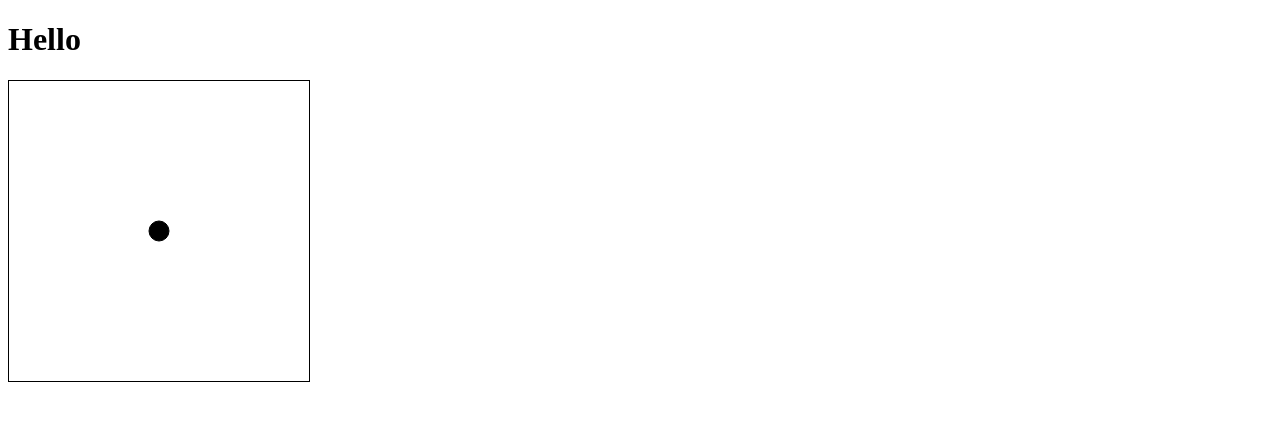
Repository: blahnikkai/n-body-simulation
Page: index.html
An editor plug-in stored every save of this project. The page is shown before and after a run of saves, followed by the edit.
The browser window is 1280 px wide. The pictures show the whole page.

Above is the page before, as saved 2024-02-21 18:20:19.

After the next 2 saves:
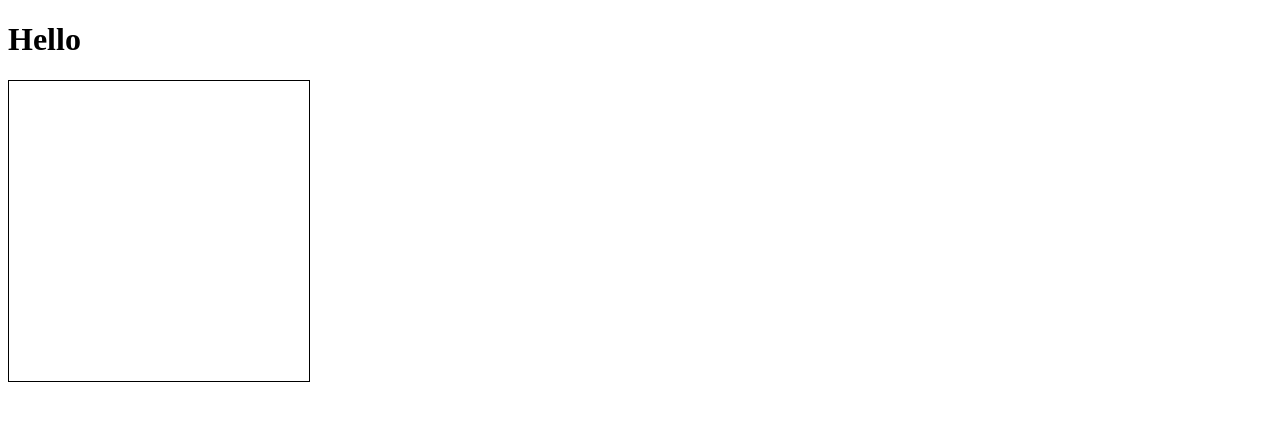
Console error: SyntaxError: Unexpected token ','
The 2 saves are shown as one change because they came seconds apart.
The last was saved 9 s later.
--- a/script.js
+++ b/script.js
@@ -46,7 +46,7 @@
     const F = G * body1.mass * body2.mass / Math.pow(d, 2)
     // b2 -> b1
     const diff = sub(body1.pos, body2.pos)
-
+    const unit = scale(, diff)
 }
 
 function main() {

After the save that followed:
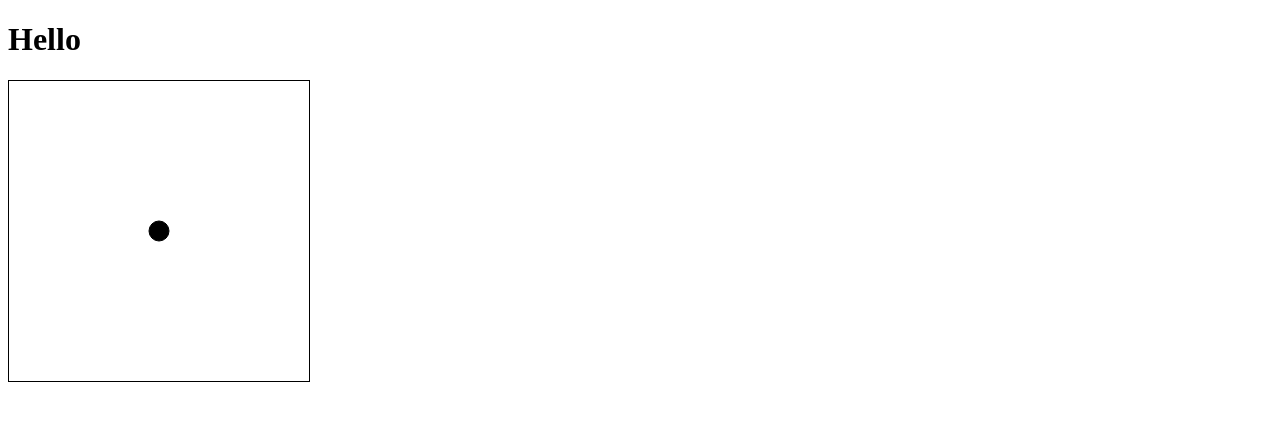
The error is gone.
Saved 5 s later.
--- a/script.js
+++ b/script.js
@@ -46,7 +46,7 @@
     const F = G * body1.mass * body2.mass / Math.pow(d, 2)
     // b2 -> b1
     const diff = sub(body1.pos, body2.pos)
-    const unit = scale(, diff)
+    const unit = scale(norm(diff), diff)
 }
 
 function main() {
